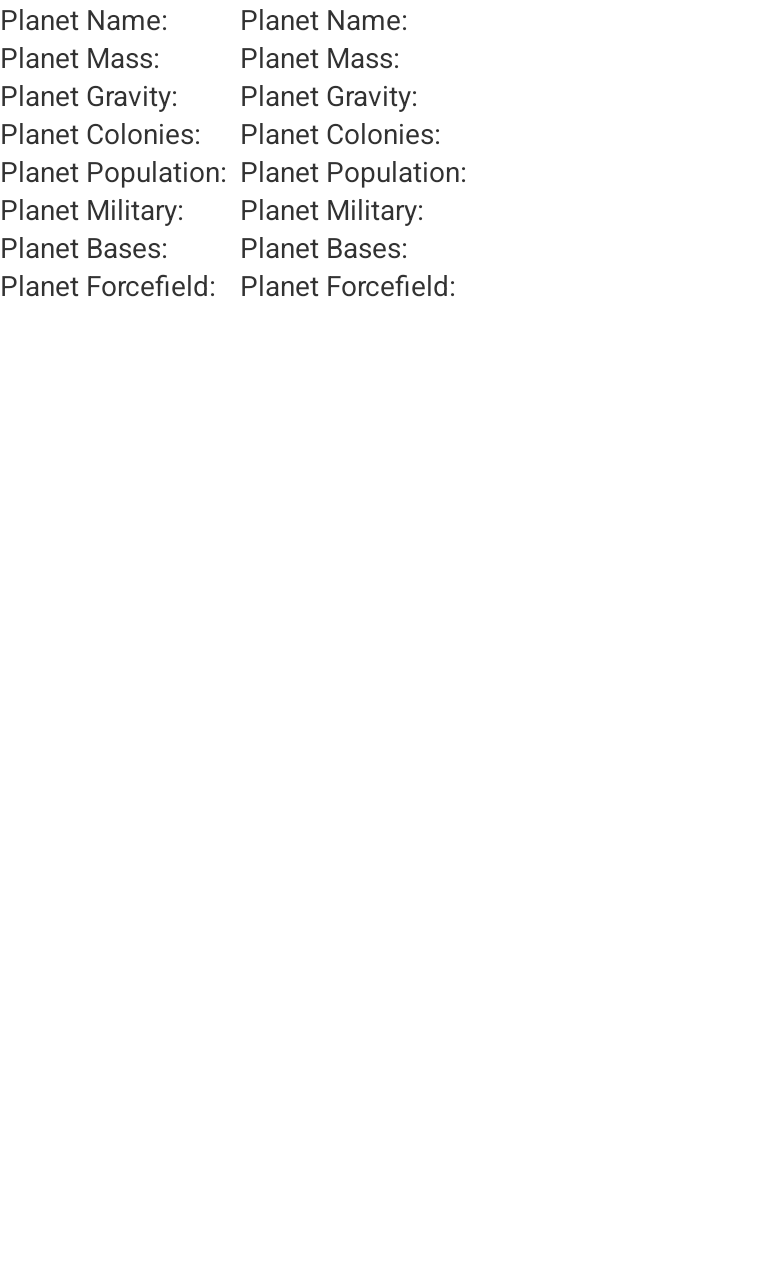
Repository: blender-head/android_basic
Layout: Hello_World/res/layout/activity_main.xml
The author's editor kept a copy of each file at every save. The layout is drawn from the files as they stood at one save, then again after the next save.
It is drawn on a 768 x 1280 px phone screen (xhdpi) without system bars, with theme AppTheme; the app's code is not run. The app's manifest (not shown) leaves right-to-left support off. So textAlignment, textDirection and layoutDirection are ignored, and left and right values win over start and end ones.

Above is the layout before, as saved 2013-12-31 16:54:56.

### Hello_World/res/layout/activity_main.xml
<RelativeLayout xmlns:android="http://schemas.android.com/apk/res/android"
    xmlns:tools="http://schemas.android.com/tools"
    android:layout_width="match_parent"
    android:layout_height="match_parent"
    tools:context=".MainActivity" >

    <!-- Planet Name label -->
	<TextView
        android:id="@+id/textView1"
        android:layout_width="wrap_content"
        android:layout_height="wrap_content"
        android:text="@string/planet_name_label" />

	<!-- Planet Name data -->
	<TextView
        android:id="@+id/dataView1"
        android:layout_toRightOf="@+id/textView1"
        android:layout_marginLeft="36dip"
        android:layout_width="wrap_content"
        android:layout_height="wrap_content"
        android:text="@string/planet_name_label" />

	<!-- Planet Mass label -->
	<TextView
        android:id="@+id/textView2"
        android:layout_below="@+id/textView1"
        android:layout_width="wrap_content"
        android:layout_height="wrap_content"
        android:text="@string/planet_mass_label" />

	<!-- Planet Gravity label -->
	<TextView
        android:id="@+id/textView3"
        android:layout_below="@+id/textView2"
        android:layout_width="wrap_content"
        android:layout_height="wrap_content"
        android:text="@string/planet_gravity_label" />

	<!-- Planet Colonies label -->
	<TextView
        android:id="@+id/textView4"
        android:layout_below="@+id/textView3"
        android:layout_width="wrap_content"
        android:layout_height="wrap_content"
        android:text="@string/planet_colonies_label" />

	<!-- Planet Poulation label -->
	<TextView
        android:id="@+id/textView5"
        android:layout_below="@+id/textView4"
        android:layout_width="wrap_content"
        android:layout_height="wrap_content"
        android:text="@string/planet_population_label" />

	<!-- Planet Military label -->
	<TextView
        android:id="@+id/textView6"
        android:layout_below="@+id/textView5"
        android:layout_width="wrap_content"
        android:layout_height="wrap_content"
        android:text="@string/planet_military_label" />

	<!-- Planet Base label -->
	<TextView
        android:id="@+id/textView7"
        android:layout_below="@+id/textView6"
        android:layout_width="wrap_content"
        android:layout_height="wrap_content"
        android:text="@string/planet_bases_label" />

	<!-- Planet Force Field label -->
	<TextView
        android:id="@+id/textView8"
        android:layout_below="@+id/textView7"
        android:layout_width="wrap_content"
        android:layout_height="wrap_content"
        android:text="@string/planet_forcefield_label" />

	<!-- Planet Force Field data -->
	<TextView
        android:id="@+id/dataView8"
        android:layout_toRightOf="@+id/textView8"
        android:layout_alignStart="@+id/dataView1"
        android:layout_below="@+id/dataView7"
        android:layout_width="wrap_content"
        android:layout_height="wrap_content"
        android:text="@string/planet_forcefield_label" />

	<!-- Planet Mass data -->
	<TextView
	    android:id="@+id/dataView2"
	    android:layout_width="wrap_content"
	    android:layout_height="wrap_content"
	    android:layout_alignBaseline="@+id/textView2"
	    android:layout_alignBottom="@+id/textView2"
	    android:layout_alignLeft="@+id/dataView1"
	    android:layout_alignStart="@+id/dataView1"
	    android:text="@string/planet_mass_label" />

	<!-- Planet Gravity data -->
	<TextView
	    android:id="@+id/dataView3"
	    android:layout_width="wrap_content"
	    android:layout_height="wrap_content"
	    android:layout_above="@+id/textView4"
	    android:layout_alignLeft="@+id/dataView2"
	    android:layout_alignStart="@+id/dataView1"
	    android:text="@string/planet_gravity_label" />

	<!-- Planet Colonies data -->
	<TextView
	    android:id="@+id/dataView4"
	    android:layout_width="wrap_content"
	    android:layout_height="wrap_content"
	    android:layout_alignBaseline="@+id/textView4"
	    android:layout_alignBottom="@+id/textView4"
	    android:layout_alignLeft="@+id/dataView3"
	    android:layout_alignStart="@+id/dataView1"
	    android:text="@string/planet_colonies_label" />

	<!-- Planet Population data -->
	<TextView
        android:id="@+id/dataView5"
        android:layout_toRightOf="@+id/textView5"
        android:layout_alignStart="@+id/dataView1"
        android:layout_below="@+id/dataView4"
        android:layout_width="wrap_content"
        android:layout_height="wrap_content"
        android:text="@string/planet_population_label" />

	<!-- Planet Military data -->
	<TextView
        android:id="@+id/dataView6"
        android:layout_toRightOf="@+id/textView6"
        android:layout_alignStart="@+id/dataView1"
        android:layout_below="@+id/dataView5"
        android:layout_width="wrap_content"
        android:layout_height="wrap_content"
        android:text="@string/planet_military_label" />

	<!-- Planet Base data -->
	<TextView
        android:id="@+id/dataView7"
        android:layout_toRightOf="@+id/textView7"
        android:layout_alignStart="@+id/dataView1"
        android:layout_below="@+id/dataView6"
        android:layout_width="wrap_content"
        android:layout_height="wrap_content"
        android:text="@string/planet_bases_label" />

</RelativeLayout>

### Hello_World/res/values/strings.xml
<?xml version="1.0" encoding="utf-8"?>
<resources>

    <string name="app_name">Hello_World</string>
    <string name="action_settings">Settings</string>
    <string name="hello_world">Hello world!</string>

    <string name="planet_name_label">Planet Name: </string>
	<string name="planet_mass_label">Planet Mass: </string>
	<string name="planet_gravity_label">Planet Gravity: </string>
	<string name="planet_colonies_label">Planet Colonies: </string>
	<string name="planet_population_label">Planet Population: </string>
	<string name="planet_military_label">Planet Military: </string>
	<string name="planet_bases_label">Planet Bases: </string>
	<string name="planet_forcefield_label">Planet Forcefield: </string>

</resources>

Loaded but not shown: Hello_World/res/values/styles.xml (common file); Hello_World/res/values-v11/styles.xml (common file); Hello_World/res/values-v14/styles.xml (common file)

After the next save:
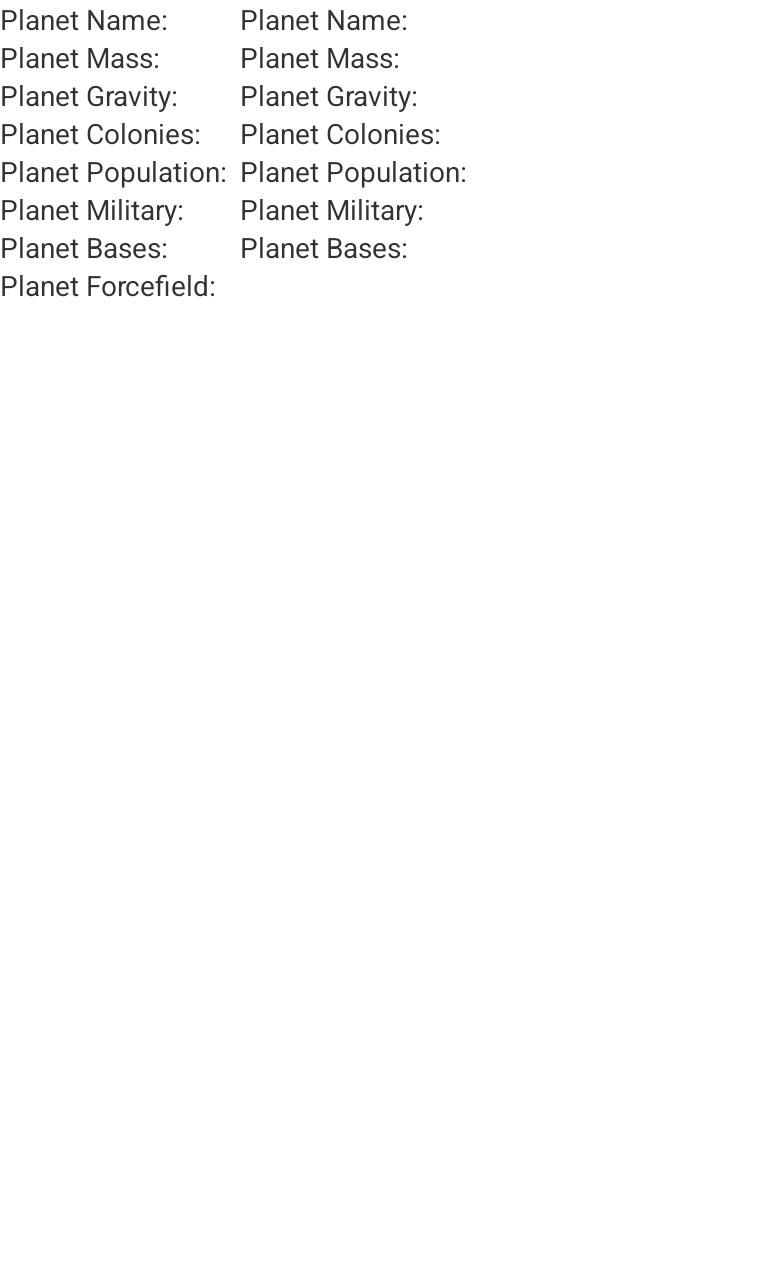
Saved 10 s later.
--- a/Hello_World/res/layout/activity_main.xml
+++ b/Hello_World/res/layout/activity_main.xml
@@ -76,16 +76,6 @@
         android:layout_height="wrap_content"
         android:text="@string/planet_forcefield_label" />
 
-	<!-- Planet Force Field data -->
-	<TextView
-        android:id="@+id/dataView8"
-        android:layout_toRightOf="@+id/textView8"
-        android:layout_alignStart="@+id/dataView1"
-        android:layout_below="@+id/dataView7"
-        android:layout_width="wrap_content"
-        android:layout_height="wrap_content"
-        android:text="@string/planet_forcefield_label" />
-
 	<!-- Planet Mass data -->
 	<TextView
 	    android:id="@+id/dataView2"

After the save that followed:
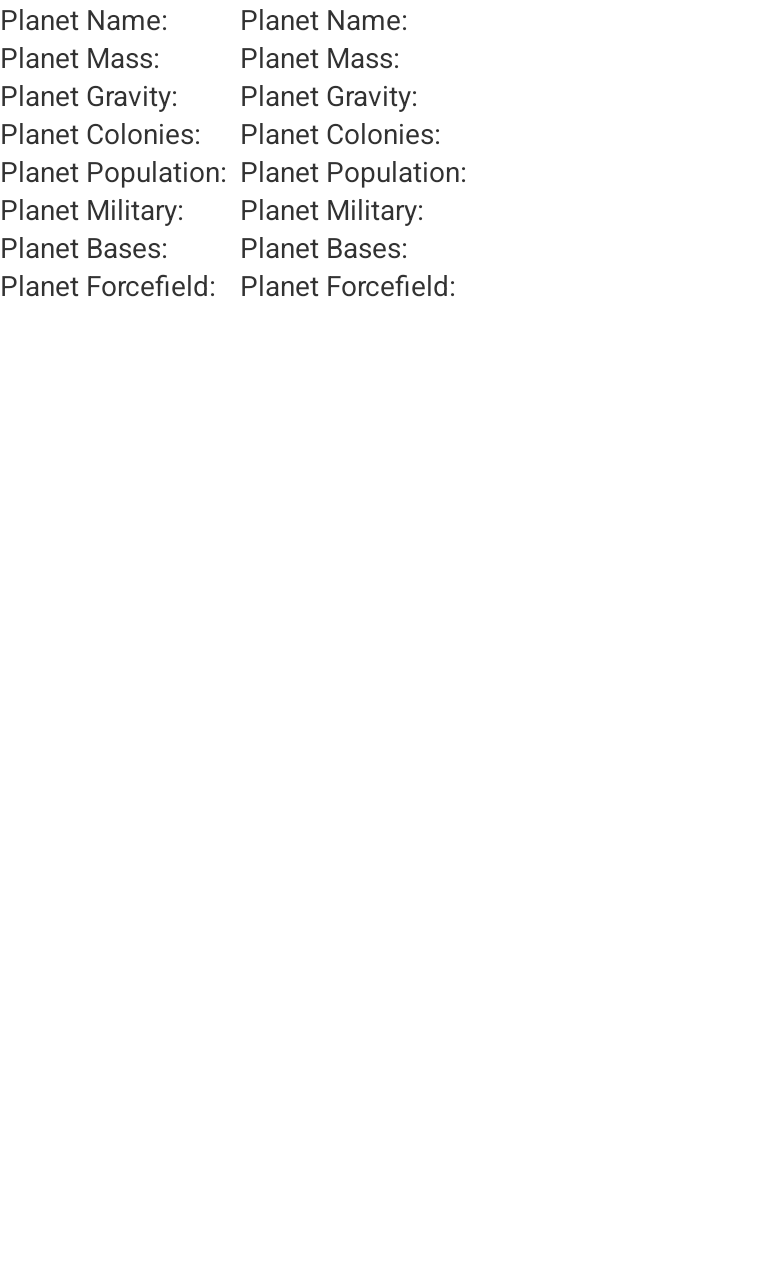
Saved 4 s later.
--- a/Hello_World/res/layout/activity_main.xml
+++ b/Hello_World/res/layout/activity_main.xml
@@ -138,4 +138,14 @@
         android:layout_height="wrap_content"
         android:text="@string/planet_bases_label" />
 
+	<!-- Planet Force Field data -->
+	<TextView
+        android:id="@+id/dataView8"
+        android:layout_toRightOf="@+id/textView8"
+        android:layout_alignStart="@+id/dataView1"
+        android:layout_below="@+id/dataView7"
+        android:layout_width="wrap_content"
+        android:layout_height="wrap_content"
+        android:text="@string/planet_forcefield_label" />
+
 </RelativeLayout>
